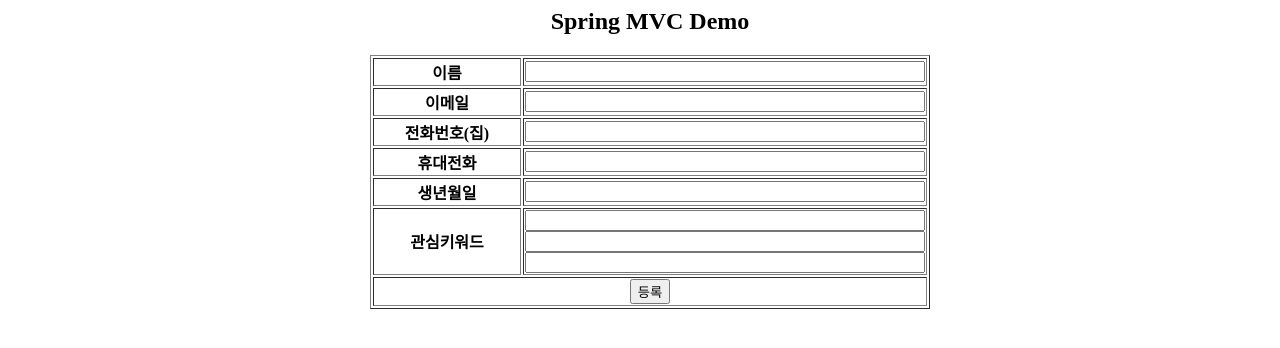
Repository: yeobinJeong/SpringFrameWork
Page: http://localhost/11.spring.mvc4/
These files come from the project's save history. The page is drawn as it stood at one moment and after the next save; the edit follows.
The browser window is 1280 px wide. The pictures show the whole page.
The page is served by Tomcat 9. Other server files are loaded and not shown.

Above is the page before, as saved 2016-05-18 07:36:53.

### 11.spring.mvc4/src/main/webapp/WEB-INF/views/home.jsp
<%@ page session="false" pageEncoding="UTF-8" %>
<html>
<head>
	<title>Home</title>
</head>
<body>
	<div style="padding-left:20px">
		<h2 style="text-align:center">Spring MVC Demo</h2>
		<form action="demo-one.action" method="post">
		<table border="1" style="width:560px;margin:0 auto">
			<tr>
				<th style="width:150px">이름</th>
				<td><input type="text" name="name" style="width:400px"></td>
			</tr>
			<tr>
				<th style="width:150px">이메일</th>
				<td><input type="text" name="email" style="width:400px"></td>
			</tr>
			<tr>
				<th style="width:150px">전화번호(집)</th>
				<td><input type="text" name="phone.home" style="width:400px"></td>
			</tr>
			<tr>
				<th style="width:150px">휴대전화</th>
				<td><input type="text" name="phone.mobile" style="width:400px"></td>
			</tr>
			<tr>
				<th style="width:150px">생년월일</th>
				<td><input type="text" name="b" style="width:400px"></td>
			</tr>
			<tr>
				<th style="width:150px">관심키워드</th>
				<td>
					<input type="text" name="tags[0]" style="width:400px"><br />
					<input type="text" name="tags[1]" style="width:400px"><br />
					<input type="text" name="tags[2]" style="width:400px">
				</td>
			</tr>
			<tr>
				<td colspan="2" style='text-align:center'>
					<input type="submit" value="등록">
				</td>
			</tr>
		</table>
		</form>
	</div>
</body>
</html>

After the next save:
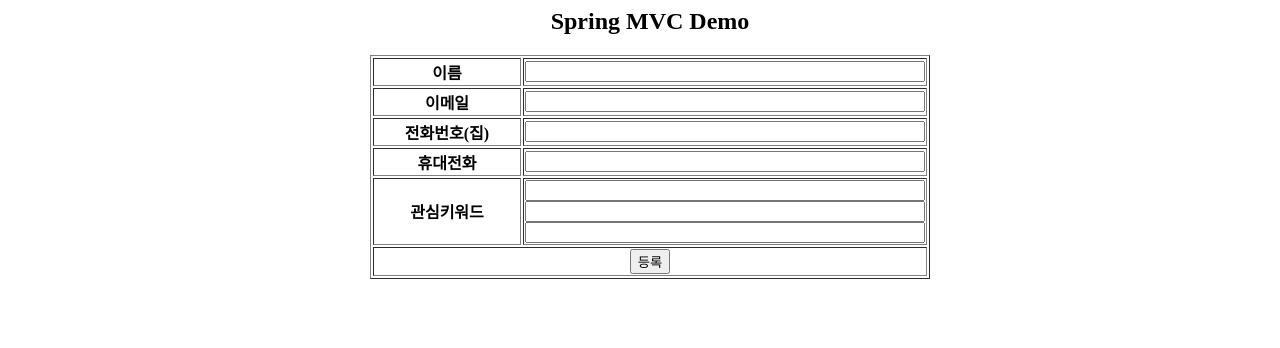
Saved 34 s later.
--- a/11.spring.mvc4/src/main/webapp/WEB-INF/views/home.jsp
+++ b/11.spring.mvc4/src/main/webapp/WEB-INF/views/home.jsp
@@ -24,10 +24,10 @@
 				<th style="width:150px">휴대전화</th>
 				<td><input type="text" name="phone.mobile" style="width:400px"></td>
 			</tr>
-			<tr>
+			<!-- <tr>
 				<th style="width:150px">생년월일</th>
 				<td><input type="text" name="b" style="width:400px"></td>
-			</tr>
+			</tr> -->
 			<tr>
 				<th style="width:150px">관심키워드</th>
 				<td>

After the save that followed:
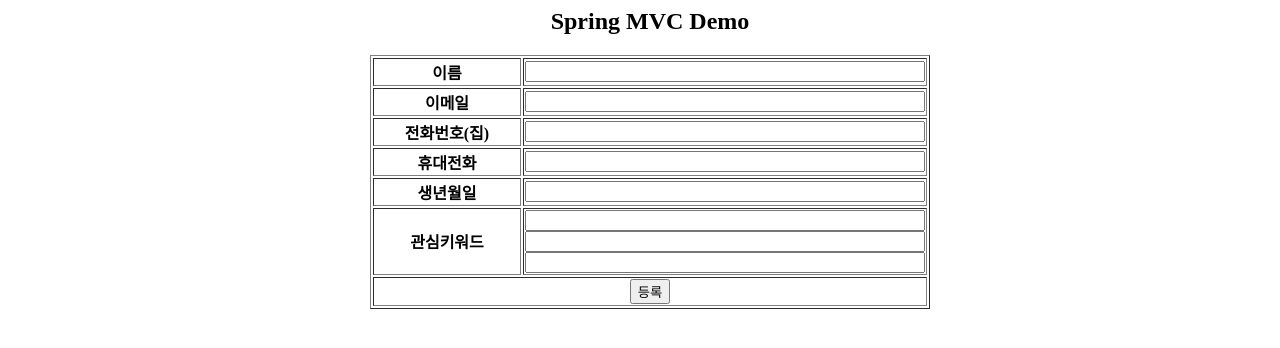
Saved 5 s later.
--- a/11.spring.mvc4/src/main/webapp/WEB-INF/views/home.jsp
+++ b/11.spring.mvc4/src/main/webapp/WEB-INF/views/home.jsp
@@ -24,10 +24,10 @@
 				<th style="width:150px">휴대전화</th>
 				<td><input type="text" name="phone.mobile" style="width:400px"></td>
 			</tr>
-			<!-- <tr>
+			<tr>
 				<th style="width:150px">생년월일</th>
 				<td><input type="text" name="b" style="width:400px"></td>
-			</tr> -->
+			</tr>
 			<tr>
 				<th style="width:150px">관심키워드</th>
 				<td>
